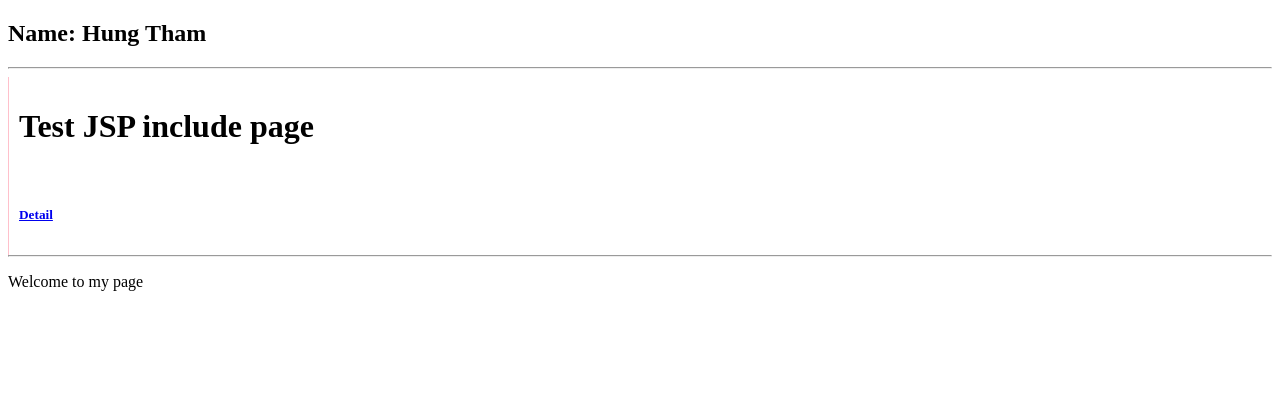
Repository: hunggtham/First-Jsp-and-Servlet-Project
Page: http://localhost/5JspInclude/Home.jsp
An editor plug-in stored every save of this project. The page is shown before and after the next save, followed by the edit.
The browser window is 1280 px wide. The pictures show the whole page.
The page is served by Tomcat 9.

Above is the page before, as saved 2022-07-24 10:30:04.

### 5JspInclude/src/main/webapp/Home.jsp
<%@ page language="java" contentType="text/html; charset=UTF-8"
	pageEncoding="UTF-8"%>
<!DOCTYPE html>
<html>
<head>
<meta charset="UTF-8">
<title>Home page</title>
</head>
<body>
	<jsp:include page="Header.jsp"></jsp:include>
	<div
		style="float: left; padding: 10px; width: 80%; border-left: 1px solid pink;">
		<h1>Test JSP include page</h1>
		<br/>
		<h5>
			<a href="Detail.jsp">Detail</a>
		</h5>
	</div>
	<jsp:include page="Footer.jsp"></jsp:include>

</body>
</html>

### 5JspInclude/src/main/webapp/Header.jsp
<%@ page language="java" contentType="text/html; charset=UTF-8"
	pageEncoding="UTF-8"%>
<!DOCTYPE html>
<html>
<head>
<meta charset="UTF-8">
<title>HeaderPage</title>
</head>
<body>
	<div>
		<h2>Name: Hung Tham</h2>
		<hr />
	</div>
</body>
</html>

### 5JspInclude/src/main/webapp/Footer.jsp
<%@ page language="java" contentType="text/html; charset=ISO-8859-1"
	pageEncoding="ISO-8859-1"%>
<!DOCTYPE html>
<html>
<head>
<meta charset="ISO-8859-1">
<title>Footer</title>
</head>
<body>
	<div style="clear: both;">
		<hr />
		<p>Welcome to my page</p>
	</div>
</body>
</html>

### 5JspInclude/src/main/webapp/Menu.jsp
<%@ page language="java" contentType="text/html; charset=ISO-8859-1"
    pageEncoding="ISO-8859-1"%>
<!DOCTYPE html>
<html>
<head>
<meta charset="ISO-8859-1">
<title>Menu</title>
</head>
<body>
	<div style = "float:left; padding: 10px; width: 15%;">
	<p>Menu 1</p>
	<p>Menu 2</p>
	</div>
</body>
</html>

After the next save:
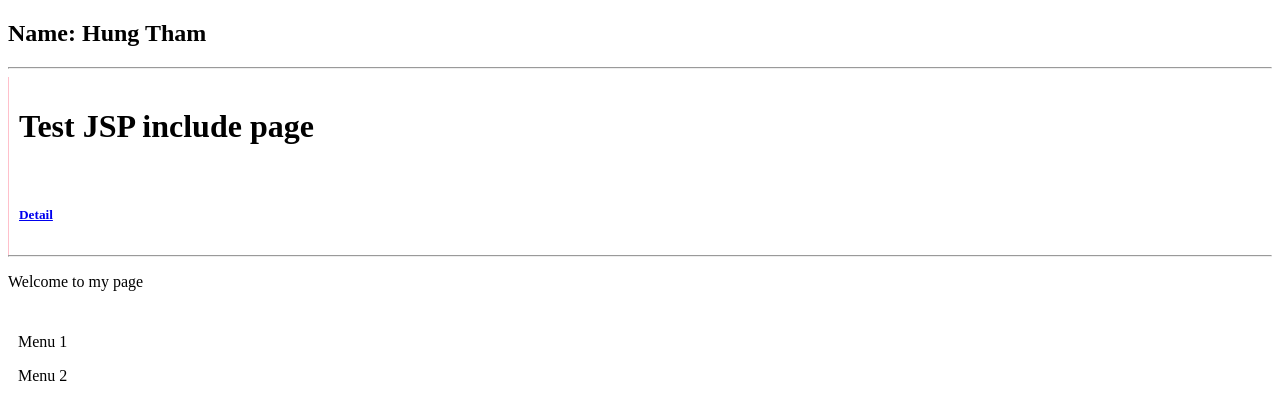
Saved 23 s later.
--- a/5JspInclude/src/main/webapp/Home.jsp
+++ b/5JspInclude/src/main/webapp/Home.jsp
@@ -17,6 +17,7 @@
 		</h5>
 	</div>
 	<jsp:include page="Footer.jsp"></jsp:include>
+	<jsp:include page="Menu.jsp"></jsp:include>
 
 </body>
 </html>
